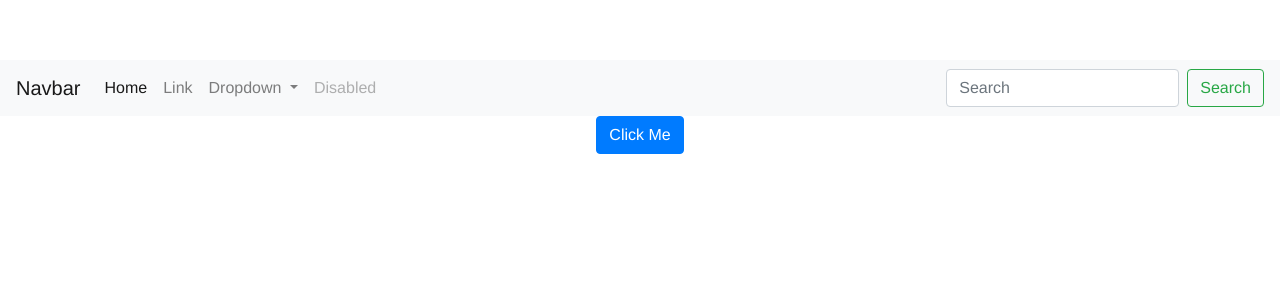
Repository: nashthecoder/vuebasics
Page: / (app in vue-app/demo/)
The author's editor kept a copy of each file at every save. The page is drawn from the files as they stood at one save, then again after the next save.
The browser window is 1280 px wide. The pictures show the whole page.
The project was rebuilt for these pictures with package versions that can differ from the ones it lists, and the page was loaded fresh each time. Also part of the build but not shown: vue-app/demo/src/components/HelloWorld.vue.

Above is the page before, as saved 2021-01-06 19:29:08.

After the next save:
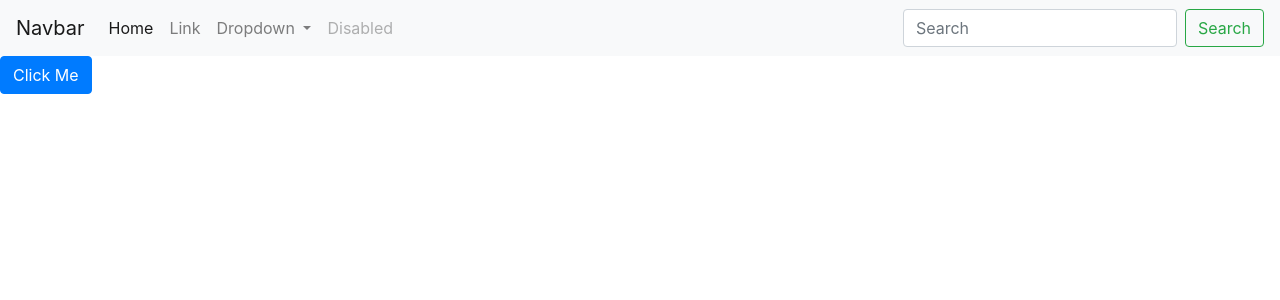
Saved 55 s later.
--- a/vue-app/demo/src/App.vue
+++ b/vue-app/demo/src/App.vue
@@ -56,12 +56,4 @@ export default {
 <style>
 @import "../node_modules/bootstrap/dist/css/bootstrap.min.css";
 
-#app {
-  font-family: 'Avenir', Helvetica, Arial, sans-serif;
-  -webkit-font-smoothing: antialiased;
-  -moz-osx-font-smoothing: grayscale;
-  text-align: center;
-  color: #2c3e50;
-  margin-top: 60px;
-}
 </style>
